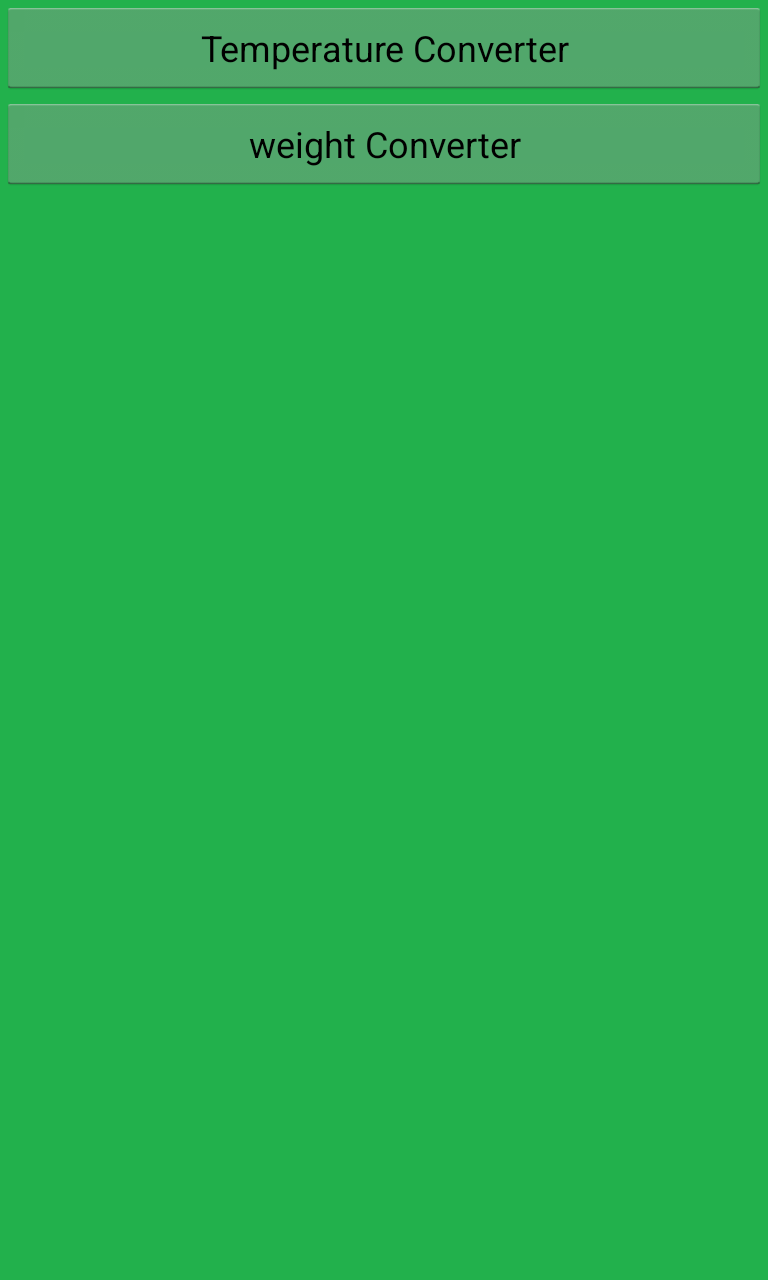
Repository: AshleyDeng/AndroidAppDevelopment
Layout: Samiul_Ashley_Android/Android Workspace/SamAndAshProject2_Converter/res/layout/main_screen.xml
These files come from the project's save history. The layout is drawn as it stood at one moment and after the next save; the edit follows.
It is drawn on a 768 x 1280 px phone screen (xhdpi) without system bars, with theme AppTheme; the app's code is not run.

Above is the layout before, as saved 2013-01-18 00:46:42.

### Samiul_Ashley_Android/Android Workspace/SamAndAshProject2_Converter/res/layout/main_screen.xml
<?xml version="1.0" encoding="utf-8"?>
<LinearLayout xmlns:android="http://schemas.android.com/apk/res/android"
    android:layout_width="match_parent"
    android:layout_height="match_parent"
    android:background="@drawable/main_screen"
    android:orientation="vertical" >

    <Button
        android:id="@+id/Temperature"
        android:layout_width="fill_parent"
        android:layout_height="wrap_content"
        android:text="Temperature Converter" />

    <Button
        android:id="@+id/Weight"
        android:layout_width="fill_parent"
        android:layout_height="wrap_content"
        android:text="weight Converter" />

</LinearLayout>

Loaded but not shown: Samiul_Ashley_Android/Android Workspace/SamAndAshProject2_Converter/res/values/styles.xml (common file); Samiul_Ashley_Android/Android Workspace/SamAndAshProject2_Converter/res/values-v11/styles.xml (common file); Samiul_Ashley_Android/Android Workspace/SamAndAshProject2_Converter/res/values-v14/styles.xml (common file)

After the next save:
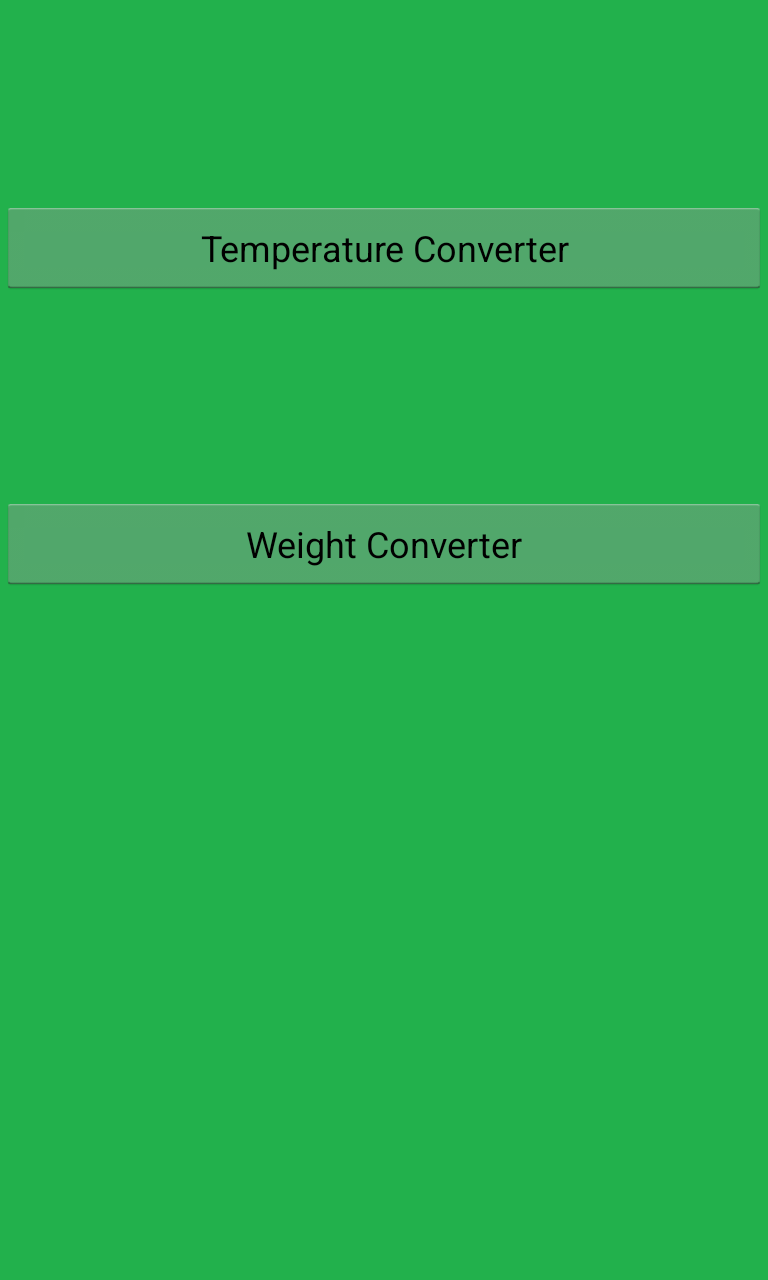
Saved 57 s later.
--- a/Samiul_Ashley_Android/Android Workspace/SamAndAshProject2_Converter/res/layout/main_screen.xml
+++ b/Samiul_Ashley_Android/Android Workspace/SamAndAshProject2_Converter/res/layout/main_screen.xml
@@ -9,12 +9,14 @@
         android:id="@+id/Temperature"
         android:layout_width="fill_parent"
         android:layout_height="wrap_content"
+        android:layout_marginTop="100dp"
         android:text="Temperature Converter" />
 
     <Button
         android:id="@+id/Weight"
         android:layout_width="fill_parent"
         android:layout_height="wrap_content"
-        android:text="weight Converter" />
+        android:layout_marginTop="100dp"
+        android:text="Weight Converter" />
 
 </LinearLayout>
